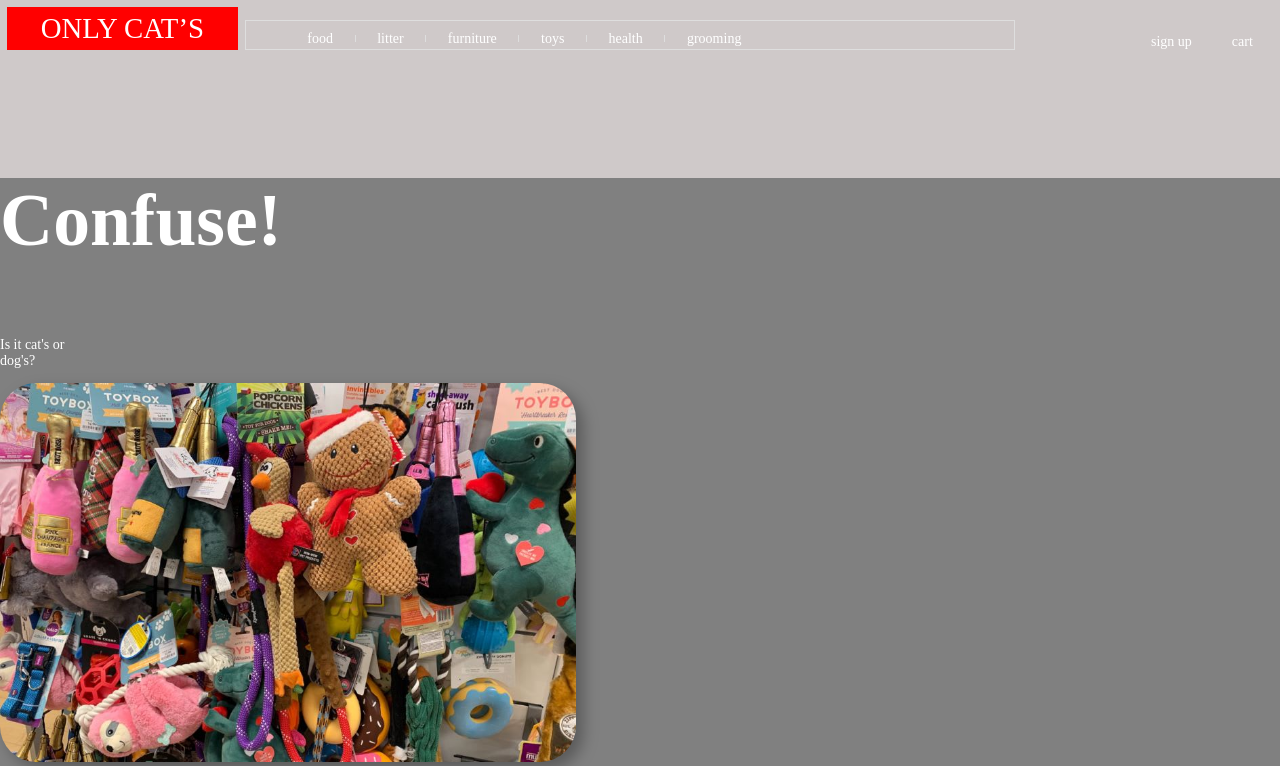
Repository: itson1115/chan_git
Page: cat/index2.html
An editor plug-in stored every save of this project. The page is shown before and after a run of saves, followed by the edit.
The browser window is 1280 px wide. The pictures show the whole page.

Above is the page before, as saved 2021-09-02 04:29:33.

### cat/index2.html
<!DOCTYPE html>
<html lang="ko">
<head>
  <meta charset="UTF-8">
  <meta http-equiv="X-UA-Compatible" content="IE=edge">
  <meta name="viewport" content="width=device-width, initial-scale=1.0">
  <title>Document</title>
  <link rel="stylesheet" href="css/style2.css">
</head>
<body>
  <header>
    <div class="logo">ONLY CAT’S</div>
    <div class="navi">
      <nav>
        <ul>
          <li>food</li>
          <li>litter</li>
          <li>furniture</li>
          <li>toys</li>
          <li>health</li>
          <li>grooming</li>
        </ul>
      </nav>
    </div>
    <div class="my">
      <span>sign up</span><span>cart</span>
    </div>
  </header>
  <section class="container">
    <article class="confuse">
      <div class="article-body">
        <h1>Confuse!</h1>
        <p>Is it cat's or<br/>dog's?</p>
      </div>
      <img src="images/toys.jpg"/>
    </article>
  </section>
</body>
</html>

### cat/css/style2.css
@import url("https://fonts.googleapis.com/css?family=Roboto:700");

:root {
  --title-text-show-delay: 0.5s;
  --title-text-show-duration: 0.5s;
  --title-rect-show-duration: 0.3s;
  --title-cats-show-duration: 0.4s;
  --title-rect-hide-delay: 2s;
}

body {
  margin: 0;
  padding: 0;
  background: #cfc9c9;
  color: white;
  font-size: 14px;
}

header {
  position: relative;
  height: 7vmin;
}

h1 {
  font-size: 4.6rem;
}

header .logo {
  margin: 1vmin 1vmin;
  float: left;
  width: 18vmax;
  height: 6vmin;
  background: red;
  text-align: center;
  font-size: 1.8rem;
  line-height: 6vmin;
}

header .navi {
  position: absolute;
  bottom: 0;
  border: 1px solid #dedede;
  display: inline-block;
  width: 60vmax;
  height: 4vmin;
  float: left;
}

header nav {
  text-align: center;
  line-height: 1vmin;
}

header nav ul {
  list-style-type: none;
  /* padding-left: 0; */
}

header nav li {
  float: left;
  padding: 0 3vmin;
  border-right: 1px solid #dedede;
}

header nav li:nth-last-child(1) {
  border-right: none;
}

header nav li:hover {
  color: #000;
  cursor: grab;
}

header::after {
  display: block;
  content: "";
  clear: both;
}

header .my {
  position: absolute;
  right: 1vmin;
  bottom: 0;
  display: inline-block;
}

header .my span {
  padding: 0 20px;
}

section.container {
  margin-top: 10vmax;
  background: grey;
}
section > article.confuse > p {
  font-size: 2.5rem;
  color: #f3eded;
}

section > article.confuse > img {
  width: 80vmin;
  border-radius: 5vmin;
  filter: drop-shadow(1vmin 1vmin 1vmin rgba(0, 0, 0, 0.3));
}

After the next 4 saves:
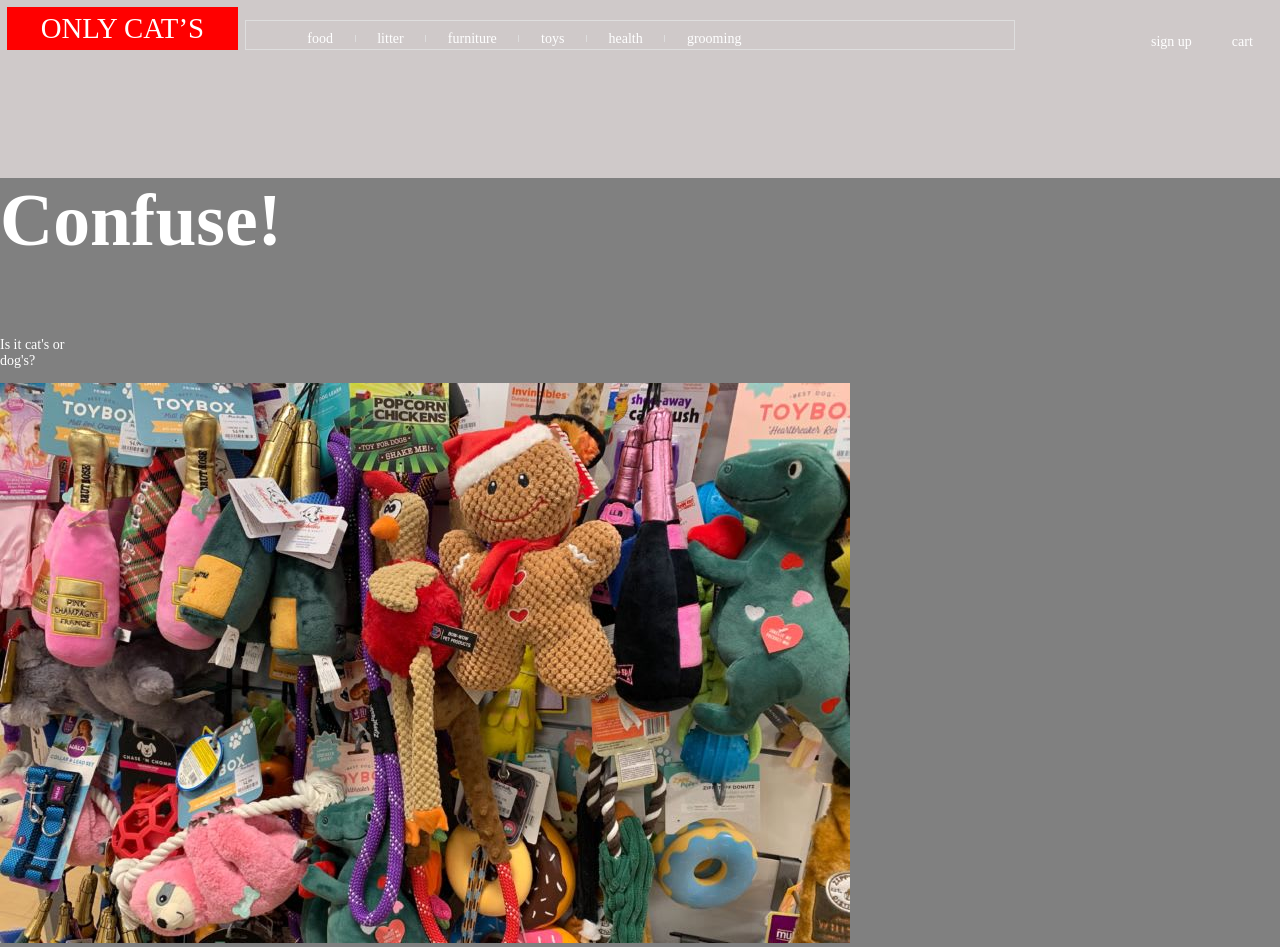
The 4 saves are shown as one change because they came seconds apart.
The last was saved 11 s later.
--- a/cat/index2.html
+++ b/cat/index2.html
@@ -32,7 +32,9 @@
         <h1>Confuse!</h1>
         <p>Is it cat's or<br/>dog's?</p>
       </div>
-      <img src="images/toys.jpg"/>
+      <div class="article-image">
+        <img src="images/toys.jpg"/>
+      </div>
     </article>
   </section>
 </body>
